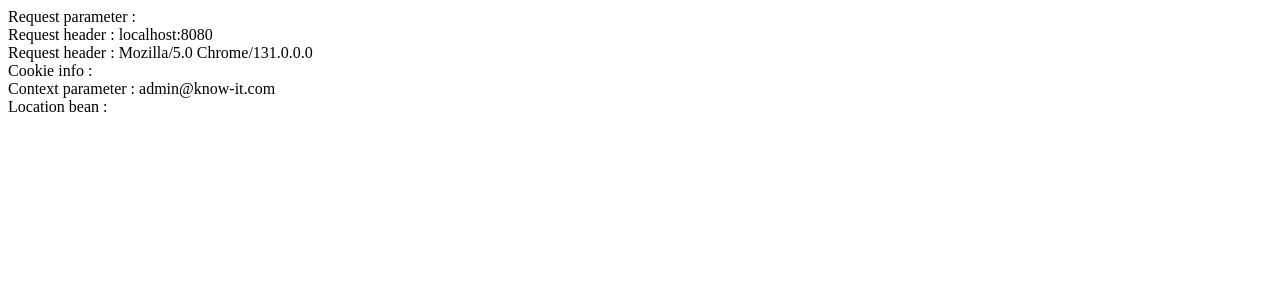
Repository: ANIKETKHAVNEKAR/AdvanceJavaMyPractice
Page: http://localhost/ScriptlessJSP/mvcontroller
These files come from the project's save history. The page is drawn as it stood at one moment and after the next save; the edit follows.
The browser window is 1280 px wide. The pictures show the whole page.
The page is served by Tomcat 9. Other server files are loaded and not shown.

Above is the page before, as saved 2023-06-21 18:47:47.

### demo/Adv Java Workspace-Mar 23/ScriptlessJSP/src/main/webapp/el.jsp
<%@ page language="java" contentType="text/html; charset=ISO-8859-1"
    pageEncoding="ISO-8859-1"%>
<!DOCTYPE html>
<html>
<head>
<meta charset="ISO-8859-1">
<title>Insert title here</title>
</head>
<body>
	Request parameter : ${param.nm}
	<br/>
	Request header : ${header.host}
	<br/>
	Request header : ${header["user-agent"] }
	<br/>
	Cookie info : ${cookie.emailcookie.value }
	<br/>
	Context parameter : ${initParam.adminemail}
	<br/>
	Location bean : ${requestScope.locations["0"] }
	        <br/>   ${requestScope.locations["1"] }
	        <br/>   ${requestScope.locations["2"] }
</body>
</html>

### demo/Adv Java Workspace-Mar 23/ScriptlessJSP/src/main/java/controllers/MVCControllerServlet.java
package controllers;

import java.io.IOException;

import javax.servlet.RequestDispatcher;
import javax.servlet.ServletConfig;
import javax.servlet.ServletException;
import javax.servlet.annotation.WebServlet;
import javax.servlet.http.HttpServlet;
import javax.servlet.http.HttpServletRequest;
import javax.servlet.http.HttpServletResponse;
import javax.servlet.http.*;

@WebServlet("/mvcontroller")
public class MVCControllerServlet extends HttpServlet {
	private static final long serialVersionUID = 1L;

	public void init(ServletConfig config) throws ServletException {
		// TODO Auto-generated method stub
	}

	protected void doGet(HttpServletRequest request, HttpServletResponse response) throws ServletException, IOException {
		Cookie cookie = new Cookie("emailcookie",request.getParameter("email"));
		response.addCookie(cookie);

		String [] cities = request.getParameterValues("city");
		request.setAttribute("locations", cities);

		RequestDispatcher rd = request.getRequestDispatcher("/el.jsp");
		rd.forward(request, response);

	}

	protected void doPost(HttpServletRequest request, HttpServletResponse response) throws ServletException, IOException {
		doGet(request, response);
	}

}

After the next save:
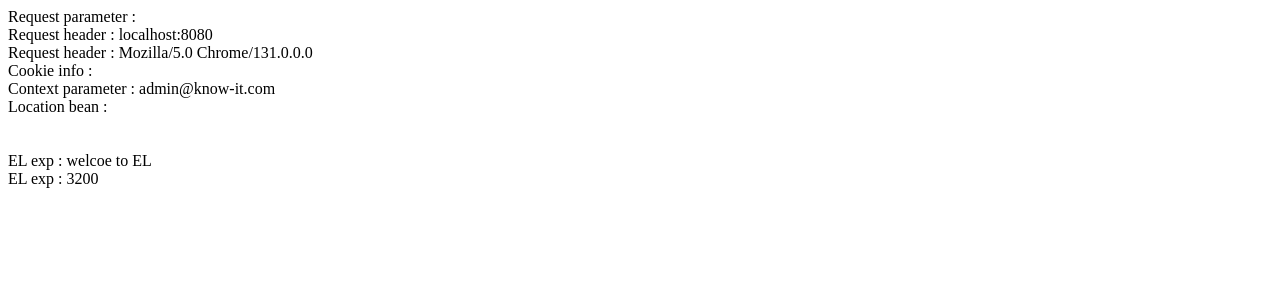
Saved 70 s later.
--- a/demo/Adv Java Workspace-Mar 23/ScriptlessJSP/src/main/webapp/el.jsp
+++ b/demo/Adv Java Workspace-Mar 23/ScriptlessJSP/src/main/webapp/el.jsp
@@ -20,5 +20,8 @@
 	Location bean : ${requestScope.locations["0"] }
 	        <br/>   ${requestScope.locations["1"] }
 	        <br/>   ${requestScope.locations["2"] }
+	        <br/>
+	EL exp : ${"welcoe to EL"} <br/>
+	EL exp : ${400*8}     <br/>
 </body>
 </html>
